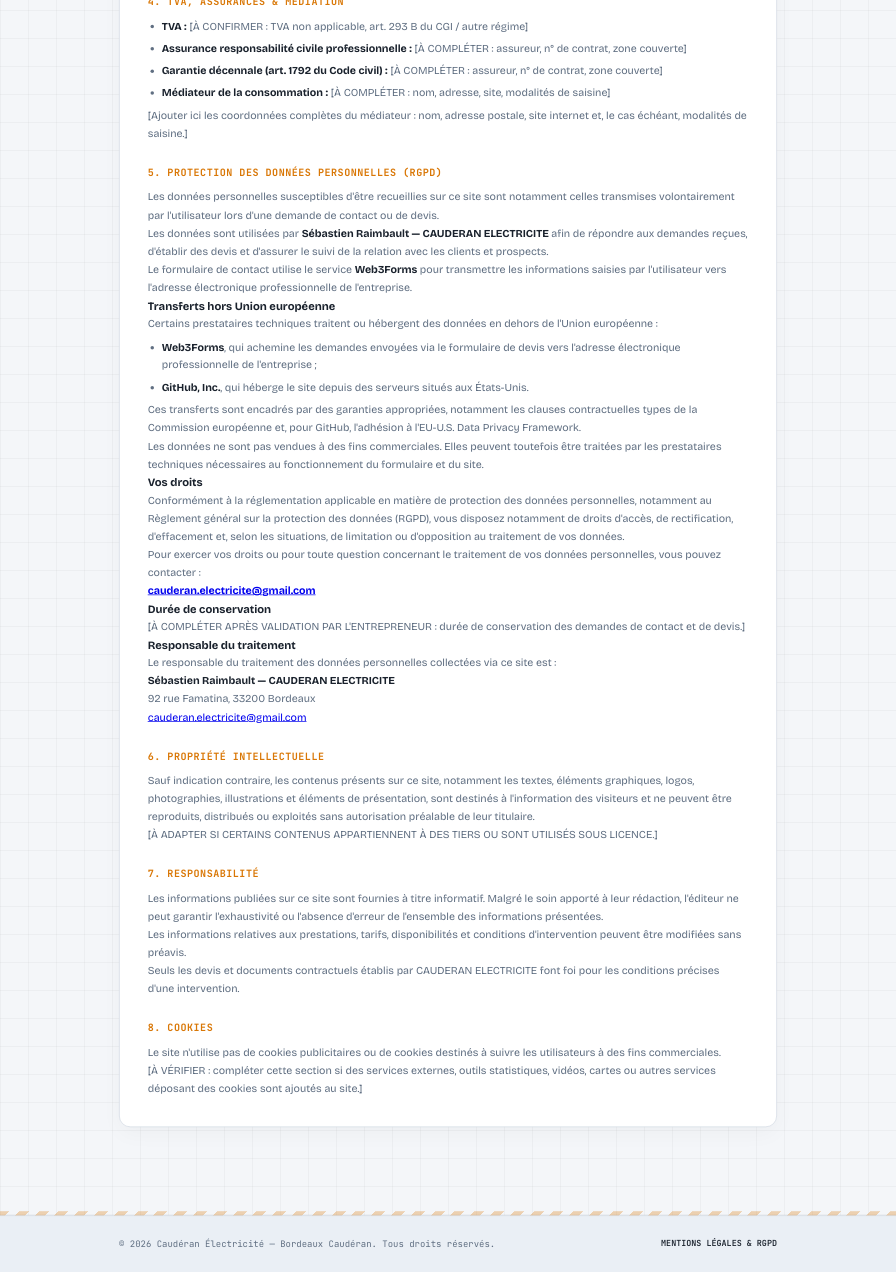
Repository: cauderanelectricite/cauderanelectricite.github.io
Page: mentions-legales.html
The author's editor kept a copy of each file at every save. The page is drawn from the files as they stood at one save, then again after the next save.
The browser window is 1280 px wide. The pictures show the part of the page from y = 1186 to 3106 px (the page is 3003 px tall before and 3106 px after), at 70% of full size.

Above is the page before, as saved 2026-09-29 20:43:29.

After the next save:
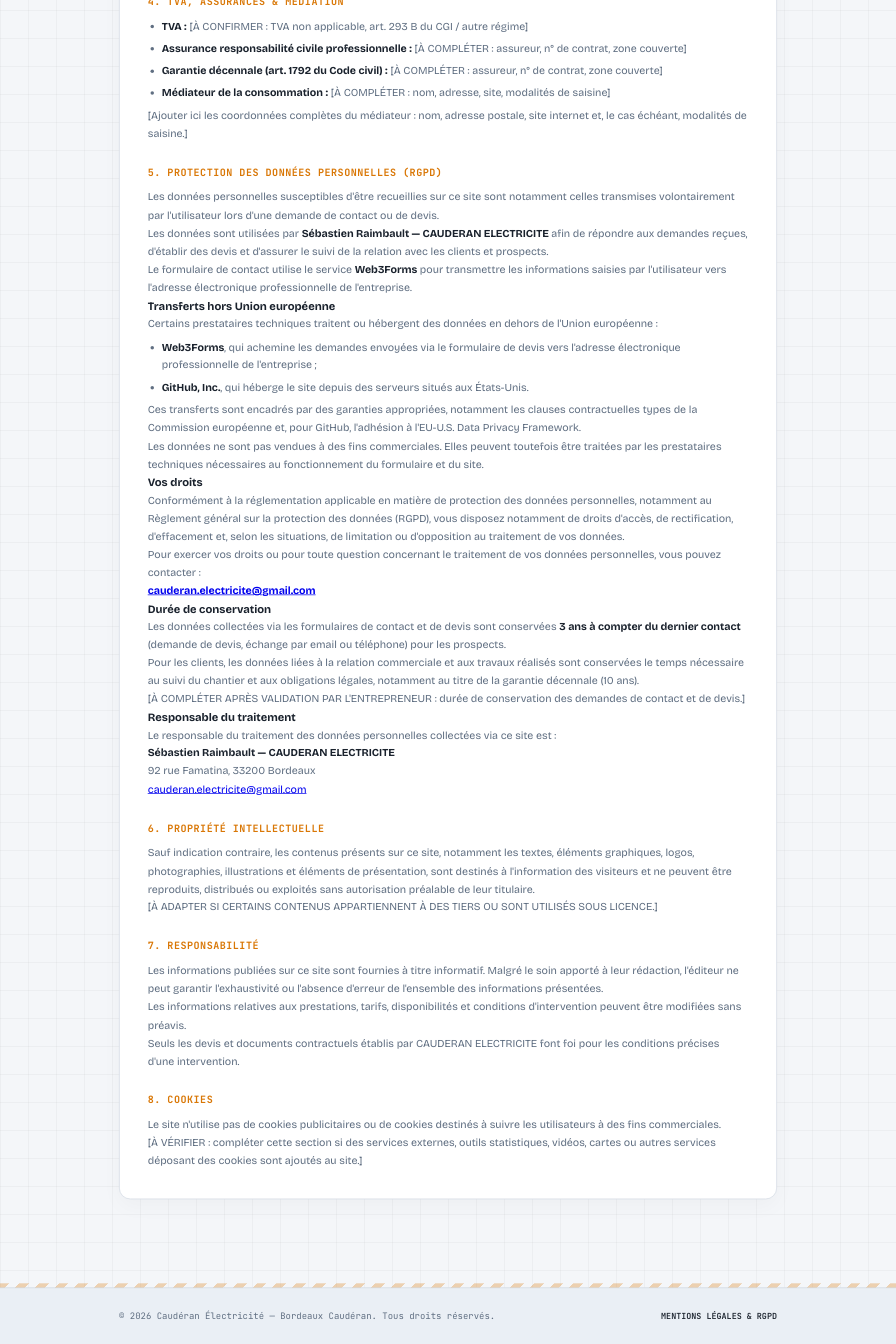
Saved 13 s later.
--- a/mentions-legales.html
+++ b/mentions-legales.html
@@ -332,9 +332,20 @@
                         </strong>
                     </p>
 
-                    <h4>
-                        Durée de conservation
-                    </h4>
+<h4>Durée de conservation</h4>
+
+<p>
+  Les données collectées via les formulaires de contact et de devis sont
+  conservées <strong>3 ans à compter du dernier contact</strong>
+  (demande de devis, échange par email ou téléphone) pour les prospects.
+</p>
+
+<p>
+  Pour les clients, les données liées à la relation commerciale et aux
+  travaux réalisés sont conservées le temps nécessaire au suivi du
+  chantier et aux obligations légales, notamment au titre de la garantie
+  décennale (10 ans).
+</p>
 
                     <p class="placeholder">
                         [À COMPLÉTER APRÈS VALIDATION PAR L'ENTREPRENEUR :
